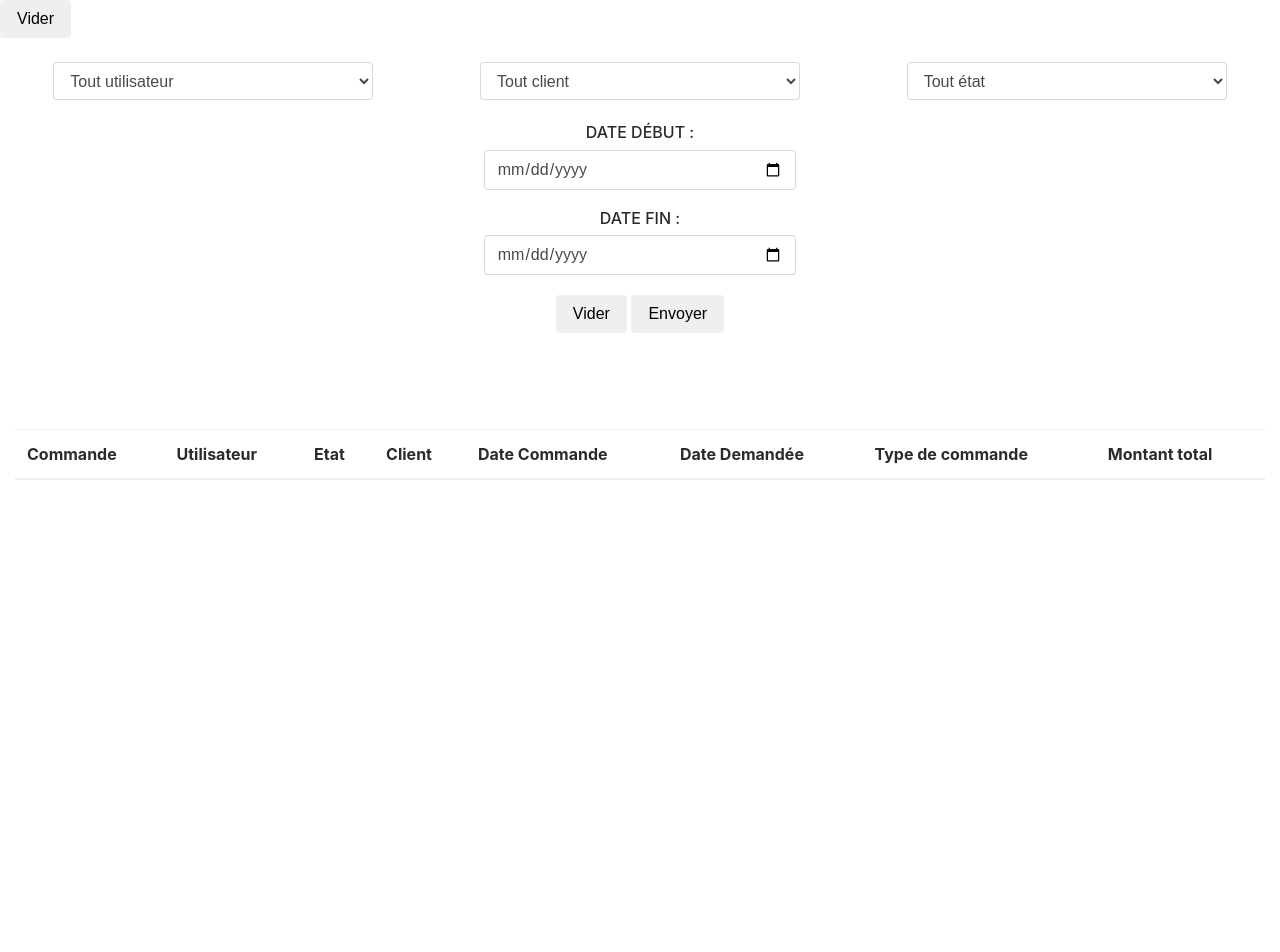
Repository: vmele/Cote
Page: http://localhost/PPE4_VMELE/reporting.jsp
These files come from the project's save history. The page is drawn as it stood at one moment and after the next save; the edit follows.
The browser window is 1280 px wide. The pictures show the whole page.
Some web libraries are served in a nearby version. The page is served by Tomcat 9. Other server files are loaded and not shown. Queries for data that is not in the repository find no rows.

Above is the page before, as saved 2017-06-06 12:20:55.
Console error (its wording comes from the project's code and is left out).

### Workspace/PPE4_VMELE/WebContent/reporting.jsp
<%@ page language="java" contentType="text/html; charset=UTF-8"
	pageEncoding="UTF-8"%>
<!DOCTYPE html>
<html>
<head>


<link rel="stylesheet"
	href="//code.jquery.com/ui/1.12.1/themes/base/jquery-ui.css">
<link rel="stylesheet" href="css/style.css">
<link rel="stylesheet"
	href="https://maxcdn.bootstrapcdn.com/bootstrap/4.0.0-alpha.6/css/bootstrap.min.css"
	integrity="sha384-rwoIResjU2yc3z8GV/NPeZWAv56rSmLldC3R/AZzGRnGxQQKnKkoFVhFQhNUwEyJ"
	crossorigin="anonymous">
<script src="https://code.jquery.com/jquery-1.12.4.js"></script>
<script src="https://code.jquery.com/ui/1.12.1/jquery-ui.js"></script>
<!-- <script
	src="https://cdn.datatables.net/1.10.15/js/jquery.dataTables.min.js"></script> -->
<script type="text/javascript" src="js/reporting.js"></script>
<script
	src="https://cdnjs.cloudflare.com/ajax/libs/Chart.js/2.5.0/Chart.min.js"></script>
<script
	src="https://maxcdn.bootstrapcdn.com/bootstrap/4.0.0-alpha.6/js/bootstrap.min.js"
	integrity="sha384-vBWWzlZJ8ea9aCX4pEW3rVHjgjt7zpkNpZk+02D9phzyeVkE+jo0ieGizqPLForn"
	crossorigin="anonymous"></script>



<meta http-equiv="Content-Type" content="text/html; charset=UTF-8">
<title>Reporting</title>

			<button id="searchListe" onclick="viderInfos()" type="button"
				class="btn">Vider</button>

</head>
<body>

	<div class="container-fluid">
		<br>
		<div class="selecteur">
			<div class="row">
				<select id="searchUtilisateur" class="form-control col-md-3"
					name="searchUtilisateur">
				</select> <select id="searchClient" class="form-control col-md-3"
					name="searchClient">
				</select> <select id="searchEtat" class="form-control col-md-3"
					name="searchEtat">
				</select>
			</div>
			<br>
			<h6>Date début :</h6>
			<div class="search-container">
				<div class="ui-widget">
					<input type="date" id="dateDebut" name="dateDebut"
						class="search form-control col-md-3" />
				</div>
			</div>

			<h6>Date fin :</h6>
			<div class="search-container">
				<div class="ui-widget">
					<input type="date" id="dateFin" name="dateFin"
						class="search form-control col-md-3" />
				</div>
			</div>
		</div>

		<div class="col-md-12  text-center">
			<button id="searchListe" onclick="viderInfos()" type="button"
				class="btn">Vider</button>
			<button id="searchListe" onclick="sendInfos()" type="button"
				class="btn">Envoyer</button>
		</div>
		<br> <br> <br>


		<script type="text/javascript">
			var barChart = null;

			function sendInfos() {

				var table = document.getElementById("dataTable");

				$('#dataTable tbody').empty();

				if (barChart != null) {
					barChart.destroy();
				}

				var utilisateur = document.getElementById('searchUtilisateur');
				var utilisateurValue = utilisateur.value;

				var client = document.getElementById('searchClient');
				var clientValue = client.value;

				var etat = document.getElementById('searchEtat');
				var etatValue = etat.value;

				var dateDebut = document.getElementById('dateDebut');
				var dateDebutValue = dateDebut.value;

				var dateFin = document.getElementById('dateFin');
				var dateFinValue = dateFin.value;

				console.log("idUtilisateur : " + utilisateurValue
						+ " /n idClient : " + clientValue + " /n Début : "
						+ dateDebutValue + " /n Fin : " + dateFinValue);

				$.ajax({
					url : 'RechercheListe',
					method : 'POST',
					data : 'utilisateur=' + utilisateurValue + '&client='
							+ clientValue + '&etat=' + etatValue + '&debut='
							+ dateDebutValue + '&fin=' + dateFinValue,
					success : function(result) {

						var refCommande = [];
						var utilisateur = [];
						var dateCommande = [];
						var dateDemandee = [];
						var typeCommande = [];
						var moyenContact = [];
						var etatCommande = [];
						var client = [];
						var total = [];

						$.each(result, function(key, value) {

							refCommande.push(value['refCommande']);
							utilisateur.push(value['utilisateur']);
							dateCommande.push(value['dateCommande']);
							dateDemandee.push(value['dateDemandee']);
							typeCommande.push(value['type']);
							moyenContact.push(value['moyenContact']);
							etatCommande.push(value['etatCommande']);
							client.push(value['client']);
							total.push(value['montant']);

						});

						var t = "";
						for (var i = 0; i < refCommande.length; i++) {
							var tr = "<tr>";
							tr += "<td>" + refCommande[i] + "</td>";
							tr += "<td>" + utilisateur[i].prenom + " "
									+ utilisateur[i].nom + "</td>";
							tr += "<td>" + etatCommande[i].libelle + "</td>";
							tr += "<td>" + client[i].raisonSociale + "</td>";
							tr += "<td>" + dateCommande[i] + "</td>";
							tr += "<td>" + dateDemandee[i] + "</td>";
							tr += "<td>" + typeCommande[i].libelle + "</td>";
							tr += "<td>" + total[i] + "€" + "</td>";
							tr += "</tr>";
							t += tr;
						}

						document.getElementById("dataTable").innerHTML += t;
					}
				});
				$.ajax({
					url : 'RechercheChart',
					method : 'POST',
					data : 'utilisateur=' + utilisateurValue + '&client='
							+ clientValue + '&etat=' + etatValue + '&debut='
							+ dateDebutValue + '&fin=' + dateFinValue,
					success : function(result) {
						console.log(result);

						var nom = [];
						var prenom = [];
						var montant = [];

						$.each(result, function(key, value) {
							nom.push(value['nom']);
							prenom.push(value['prenom']);
							montant.push(value['montant']);
						});

						for (var i = 0; i < utilisateur.length; i++) {
							console.log("Liste des utilisateurs : ");
							console.log(nom[i] + " " + prenom[i] + " || "
									+ montant[i]);
						}

						// Bar chart
						barChart = new Chart(document
								.getElementById("bar-chart"), {
							type : 'bar',
							data : {

								labels : nom,
								datasets : [ {
									label : "Recette (€)",
									backgroundColor : [ "#3e95cd", "#8e5ea2",
											"#3cba9f", "#e8c3b9", "#c45850" ],
									data : montant
								} ]
							},
							options : {
								legend : {
									display : false
								},
								title : {
									display : true,
									text : 'Montant des commandes.'
								},
								scales : {
									yAxes : [ {
										ticks : {
											beginAtZero : true
										}
									} ]
								}
							}
						});
					}
				});
			}

			function viderInfos(){

				document.getElementById('searchClient').value = 0;
				document.getElementById('searchUtilisateur').value = 0;
				document.getElementById('searchEtat').value = 0;
				document.getElementById('dateDebut').value = "";
				document.getElementById('dateFin').value = "";

				var table = document.getElementById("dataTable");

				$('#dataTable tbody').empty();

				if (barChart != null) {
					barChart.destroy();
				}
			}
		</script>

		<br>
		<div class="table-responsive">
			<table id="dataTable" cellspacing="0" width="100%"
				class="table table-striped">
				<thead>
					<tr>
						<th>Commande</th>
						<th>Utilisateur</th>
						<th>Etat</th>
						<th>Client</th>
						<th>Date Commande</th>
						<th>Date Demandée</th>
						<th>Type de commande</th>
						<th>Montant total</th>
					</tr>
				</thead>
				<tbody>
					<div>
				</tbody>
			</table>
		</div>
		<canvas id="bar-chart" width="1000" height="450"></canvas>


	</div>

</body>
</html>

### Workspace/PPE4_VMELE/WebContent/css/style.css
@import url('https://fonts.googleapis.com/css?family=Open+Sans');

h6 {
	font-family: 'Open Sans', sans-serif;
	text-transform : uppercase;
	font-size : 8px;
	text-align : center;
}

.selecteur select {

	margin-right : auto;
	margin-left : auto;
}
.selecteur input {

	margin-right : auto;
	margin-left : auto;
	margin-bottom : 20px;
}

.selecteur btn {
	text-align : center;
	margin-right : auto;
	margin-left : auto
}

btn  {
	display: block;
  margin : auto;
}

.table-responsive {
    max-height:300px;
}

.loginCenter {
	text-align : center;
}

.wrapper {
	margin-top: 80px;
	margin-bottom: 20px;
}

.form-signin {
  max-width: 420px;
  padding: 30px 38px 66px;
  margin: 0 auto;
  background-color: #eee;
  border: 3px dotted rgba(0,0,0,0.1);
  }

.form-signin-heading {
  text-align:center;
  margin-bottom: 30px;
}

.form-control {
  position: relative;
  font-size: 16px;
  height: auto;
  padding: 10px;
}

input[type="text"] {
  margin-bottom: 0px;
  border-bottom-left-radius: 0;
  border-bottom-right-radius: 0;
}

input[type="password"] {
  margin-bottom: 20px;
  border-top-left-radius: 0;
  border-top-right-radius: 0;
}

.colorgraph {
  height: 7px;
  border-top: 0;
  background: #c4e17f;
  border-radius: 5px;
  background-image: -webkit-linear-gradient(left, #c4e17f, #c4e17f 12.5%, #f7fdca 12.5%, #f7fdca 25%, #fecf71 25%, #fecf71 37.5%, #f0776c 37.5%, #f0776c 50%, #db9dbe 50%, #db9dbe 62.5%, #c49cde 62.5%, #c49cde 75%, #669ae1 75%, #669ae1 87.5%, #62c2e4 87.5%, #62c2e4);
  background-image: -moz-linear-gradient(left, #c4e17f, #c4e17f 12.5%, #f7fdca 12.5%, #f7fdca 25%, #fecf71 25%, #fecf71 37.5%, #f0776c 37.5%, #f0776c 50%, #db9dbe 50%, #db9dbe 62.5%, #c49cde 62.5%, #c49cde 75%, #669ae1 75%, #669ae1 87.5%, #62c2e4 87.5%, #62c2e4);
  background-image: -o-linear-gradient(left, #c4e17f, #c4e17f 12.5%, #f7fdca 12.5%, #f7fdca 25%, #fecf71 25%, #fecf71 37.5%, #f0776c 37.5%, #f0776c 50%, #db9dbe 50%, #db9dbe 62.5%, #c49cde 62.5%, #c49cde 75%, #669ae1 75%, #669ae1 87.5%, #62c2e4 87.5%, #62c2e4);
  background-image: linear-gradient(to right, #c4e17f, #c4e17f 12.5%, #f7fdca 12.5%, #f7fdca 25%, #fecf71 25%, #fecf71 37.5%, #f0776c 37.5%, #f0776c 50%, #db9dbe 50%, #db9dbe 62.5%, #c49cde 62.5%, #c49cde 75%, #669ae1 75%, #669ae1 87.5%, #62c2e4 87.5%, #62c2e4);
}

### Workspace/PPE4_VMELE/src/servlet/RechercheClient.java
package servlet;

import java.io.IOException;
import java.util.ArrayList;
import java.util.List;

import javax.servlet.ServletException;
import javax.servlet.annotation.WebServlet;
import javax.servlet.http.HttpServlet;
import javax.servlet.http.HttpServletRequest;
import javax.servlet.http.HttpServletResponse;

import com.google.gson.Gson;

import business.Client;
import service.ClientService;
import service.impl.ClientServiceImpl;

/**
 * Servlet implementation class RechercheClient
 */
public class RechercheClient extends HttpServlet {
	private static final long serialVersionUID = 1L;

	private ClientService clientServiceImpl;
	List<Client> listeClients = new ArrayList<>();

	/**
	 * @throws Exception
	 * @see HttpServlet#HttpServlet()
	 */
	public RechercheClient() throws Exception {
		clientServiceImpl = new ClientServiceImpl();
	}

	/**
	 * @see HttpServlet#doGet(HttpServletRequest request, HttpServletResponse
	 *      response)
	 */
	protected void doGet(HttpServletRequest request, HttpServletResponse response)
			throws ServletException, IOException {

		System.out.println("Passe par le DoPost /RechercheClientServet");

		response.setContentType("application/json");

		try {

			List<Client> listeClients = clientServiceImpl.recupererListeClients();

			String json = new Gson().toJson(listeClients);
			response.getWriter().write(json);

		} catch (Exception e) {
			System.err.println(e.getMessage());
		}
	}

	/**
	 * @see HttpServlet#doPost(HttpServletRequest request, HttpServletResponse
	 *      response)
	 */
	protected void doPost(HttpServletRequest request, HttpServletResponse response)
			throws ServletException, IOException {
		doGet(request, response);
	}

}

### Workspace/PPE4_VMELE/src/service/impl/ClientServiceImpl.java
package service.impl;

import java.util.ArrayList;
import java.util.List;

import business.Client;
import business.Utilisateur;
import dao.ClientDao;
import dao.impl.ClientDaoImpl;
import service.ClientService;

public class ClientServiceImpl implements ClientService {

	private ClientDao ClientDaoImpl;

	public ClientServiceImpl() throws Exception
	{
		super();
	//	System.out.println("Constructeur ClientServiceImpl");
		this.ClientDaoImpl = new ClientDaoImpl();
	}

	@Override
	public Client recupererClientParID(int idClient)
	{
		Client Client;

		Client = ClientDaoImpl.findClientById(idClient);

		return Client;
	}

	@Override
	public List<Client> recupererListeClients()
	{
		List<Client> listeClients = new ArrayList<Client>();

		listeClients = ClientDaoImpl.findAllClients();

		return listeClients;
	}

	@Override
	public List<Client> recupererClientParRS(String raisonSociale)
	{
		List<Client> listeClients = new ArrayList<Client>();

		listeClients = ClientDaoImpl.findClientByRS(raisonSociale);

		return listeClients;
	}

}

### Workspace/PPE4_VMELE/src/dao/ClientDao.java
package dao;

import java.util.List;

import business.Client;

public interface ClientDao {

	/**
	 * Permet de récupérer un objet Utilisateur en fonction de son ID
	 *
	 * @param idUtilisateur
	 *            ID de l'utilisateur
	 * @return L'objet Utilisateur
	 */
	public Client findClientById(int idClient);

	/**
	 * Permet de récupérer la liste des utilisateurs
	 *
	 * @return Liste des utilisateurs
	 */
	public List<Client> findAllClients();

	public List<Client> findClientByRS(String raisonSociale);
}

### Workspace/PPE4_VMELE/src/dao/ConnexionBDD.java
package dao;

import java.sql.Connection;
import java.sql.DriverManager;
import java.sql.PreparedStatement;
import java.sql.ResultSet;
import java.sql.SQLException;
import java.sql.Statement;

/**
 * Commentaire OK
 * @author mathieu
 *
 */
public class ConnexionBDD
{

	/**
	 * Déclaration des constantes de ConnexionBDD
	 */
	private static final String URL = "jdbc:postgresql://localhost:5432/e4_vmele";
	private static final String UTILISATEUR = "postgres";
	private static final String MOT_DE_PASSE = "postgres";
	private static Connection connexion;
	/*private static Statement statement;*/

	/**
	 * Accesseur de la connexion
	 * @return
	 */
	public static Connection getConnection()
	{

		if (connexion == null)
		{

			try
			{
				Class.forName("org.postgresql.Driver");
			}
			catch (ClassNotFoundException e1)
			{
				// TODO Auto-generated catch block
				e1.printStackTrace();
			}

			try
			{
				connexion = DriverManager.getConnection(URL, UTILISATEUR, MOT_DE_PASSE);

			}
			catch (SQLException e)
			{

				e.printStackTrace();

			}

		}

		return connexion;

	}

	/**
	 * Close la connexion
	 * @param statement
	 * @param preparedStatement
	 * @param resultat
	 */
	public static void close(Statement statement, PreparedStatement preparedStatement, ResultSet resultat)
	{
		if (resultat != null)
		{
			try
			{
				resultat.close();
			}
			catch (SQLException ignore)
			{

			}
		}

		if (preparedStatement != null)
		{
			try
			{
				preparedStatement.close();
			}
			catch (SQLException ignore)
			{

			}
		}

		if (statement != null)
		{
			try
			{
				statement.close();
			}
			catch (SQLException ignore)
			{

			}
		}
	}


	/**
	 * Close la co
	 * @param preparedStatement
	 * @param resultat
	 */
	public static void close(PreparedStatement preparedStatement, ResultSet resultat)
	{
		close(null, preparedStatement, resultat);
	}
}

### Workspace/PPE4_VMELE/src/servlet/RechercheUtilisateur.java
package servlet;

import java.io.IOException;
import java.util.ArrayList;
import java.util.HashMap;
import java.util.List;

import javax.servlet.ServletException;
import javax.servlet.http.HttpServlet;
import javax.servlet.http.HttpServletRequest;
import javax.servlet.http.HttpServletResponse;

import com.fasterxml.jackson.core.JsonEncoding;
import com.fasterxml.jackson.core.JsonProcessingException;
import com.fasterxml.jackson.databind.ObjectMapper;
import com.google.gson.Gson;
import com.google.gson.JsonObject;

import business.Client;
import business.Utilisateur;
import service.UtilisateurService;
import service.impl.UtilisateurServiceImpl;

/**
 * Servlet implementation class RechercheUtilisateur
 */
public class RechercheUtilisateur extends HttpServlet {
	private static final long serialVersionUID = 1L;

	private UtilisateurService utilisateurServiceImpl;
	List<Utilisateur> listeUtilisateurs = new ArrayList<>();

	public RechercheUtilisateur() throws Exception {
		utilisateurServiceImpl = new UtilisateurServiceImpl();
	}

	/**
	 * @see HttpServlet#doGet(HttpServletRequest request, HttpServletResponse
	 *      response)
	 */
	protected void doGet(HttpServletRequest request, HttpServletResponse response)
			throws ServletException, IOException {
		System.out.println("Passe par le DoPost /RechercheUtilisateurServet");

		response.setContentType("application/json");

		try {

			List<Utilisateur> listeUtilisateurs = utilisateurServiceImpl.recupererListeUtilisateurs();
			String json = new Gson().toJson(listeUtilisateurs);
			response.getWriter().write(json);

		} catch (Exception e) {
			System.err.println(e.getMessage());
		}

	}

	/**
	 * @see HttpServlet#doPost(HttpServletRequest request, HttpServletResponse
	 *      response)
	 */
	protected void doPost(HttpServletRequest request, HttpServletResponse response)
			throws ServletException, IOException {
		doGet(request, response);

	}
}



//System.out.println("Passe par le DoPost /RechercheClientServet");
//
//response.setContentType("application/json");
//
//try {
//	String raisonSociale = request.getParameter("client");
//
//	List<Client> listeClients = clientServiceImpl.recupererClientParRS(raisonSociale);
//
//	String json = new Gson().toJson(listeClients);
//	response.getWriter().write(json);
//
//} catch (Exception e) {
//	System.err.println(e.getMessage());
//}

### Workspace/PPE4_VMELE/src/service/impl/UtilisateurServiceImpl.java
package service.impl;

import java.util.ArrayList;
import java.util.List;

import business.Utilisateur;
import dao.UtilisateurDao;
import dao.impl.UtilisateurDaoImpl;
import service.UtilisateurService;

public class UtilisateurServiceImpl implements UtilisateurService {

	private UtilisateurDao utilisateurDaoImpl;

	public UtilisateurServiceImpl() throws Exception
	{
		super();
	//	System.out.println("Constructeur UtilisateurServiceImpl");

		this.utilisateurDaoImpl = new UtilisateurDaoImpl();
	}

	@Override
	public Utilisateur recupererUtilisateurParID(int idUtilisateur)
	{
		Utilisateur utilisateur;

		utilisateur = utilisateurDaoImpl.findUtilisateurById(idUtilisateur);

		return utilisateur;
	}

	@Override
	public List<Utilisateur> recupererListeUtilisateurs()
	{

		List<Utilisateur> listeUtilisateurs = new ArrayList<Utilisateur>();

		listeUtilisateurs = utilisateurDaoImpl.findAllUtilisateurs();

		return listeUtilisateurs;
	}

	@Override
	public List<Utilisateur> recupererUtilisateursParPrenom(String prenomUtilisateur)
	{

		List<Utilisateur> listeUtilisateurs = new ArrayList<Utilisateur>();

		listeUtilisateurs = utilisateurDaoImpl.findUtilisateursByName(prenomUtilisateur);

		return listeUtilisateurs;
	}

	@Override
	public List<Utilisateur> recupererUtilisateursMontantParFiltre(String filtre)
	{

		List<Utilisateur> listeUtilisateurs = new ArrayList<Utilisateur>();

		listeUtilisateurs = utilisateurDaoImpl.findUtilisateurByFilter(filtre);

		return listeUtilisateurs;
	}
}

### Workspace/PPE4_VMELE/src/dao/UtilisateurDao.java
package dao;

import java.util.List;

import business.Utilisateur;

public interface UtilisateurDao {

	/**
	 * Permet de récupérer un objet Utilisateur en fonction de son ID
	 *
	 * @param idUtilisateur
	 *            ID de l'utilisateur
	 * @return L'objet Utilisateur
	 */
	public Utilisateur findUtilisateurById(int idUtilisateur);

	/**
	 * Permet de récupérer la liste des utilisateurs
	 *
	 * @return Liste des utilisateurs
	 */
	public List<Utilisateur> findAllUtilisateurs();


	public List<Utilisateur> findUtilisateursByName(String prenomUtilisateur);

	public List<Utilisateur> findUtilisateurByFilter(String filter);

}

### Workspace/PPE4_VMELE/src/servlet/RechercheEtatCommande.java
package servlet;

import java.io.IOException;
import java.util.ArrayList;
import java.util.List;

import javax.servlet.ServletException;
import javax.servlet.http.HttpServlet;
import javax.servlet.http.HttpServletRequest;
import javax.servlet.http.HttpServletResponse;

import com.google.gson.Gson;

import business.EtatCommande;
import service.impl.EtatCommandeServiceImpl;

/**
 * Servlet implementation class RechercheEtatCommande
 */
public class RechercheEtatCommande extends HttpServlet {
	private static final long serialVersionUID = 1L;

	private EtatCommandeServiceImpl etatCommandeServiceImpl;
	List<EtatCommande> listeEtatCommandes = new ArrayList<>();

    /**
     * @throws Exception
     * @see HttpServlet#HttpServlet()
     */
    public RechercheEtatCommande() throws Exception {
    	etatCommandeServiceImpl = new EtatCommandeServiceImpl();
    }

	/**
	 * @see HttpServlet#doGet(HttpServletRequest request, HttpServletResponse response)
	 */
	protected void doGet(HttpServletRequest request, HttpServletResponse response) throws ServletException, IOException {

		System.out.println("Passe par le DoGet /RechercheEtatCommandeServet");

		response.setContentType("application/json");

		try {

			List<EtatCommande> listeEtatsCommande = etatCommandeServiceImpl.recupererListeEtatCommandes();
			System.out.println("Liste des Etat" + listeEtatsCommande);

			String json = new Gson().toJson(listeEtatsCommande);
			response.getWriter().write(json);

		} catch (Exception e) {
			System.err.println(e.getMessage());
		}
	}

	/**
	 * @see HttpServlet#doPost(HttpServletRequest request, HttpServletResponse response)
	 */
	protected void doPost(HttpServletRequest request, HttpServletResponse response) throws ServletException, IOException {
		// TODO Auto-generated method stub
		doGet(request, response);
	}

}

### Workspace/PPE4_VMELE/src/dao/EtatCommandeDao.java
package dao;

import java.util.List;

import business.EtatCommande;

public interface EtatCommandeDao {
	/**
	 * Permet de récupérer un objet Utilisateur en fonction de son ID
	 *
	 * @param idUtilisateur
	 *            ID de l'utilisateur
	 * @return L'objet Utilisateur
	 */
	public EtatCommande findEtatCommandeById(int idEtatCommande);

	/**
	 * Permet de récupérer la liste des utilisateurs
	 *
	 * @return Liste des utilisateurs
	 */
	public List<EtatCommande> findAllEtatCommandes();
}

Loaded but not shown: Workspace/PPE4_VMELE/WebContent/js/reporting.js (81 lines, source omitted); Workspace/PPE4_VMELE/src/dao/impl/UtilisateurDaoImpl.java (208 lines, source omitted); Workspace/PPE4_VMELE/src/dao/impl/ClientDaoImpl.java (129 lines, source omitted); Workspace/PPE4_VMELE/src/dao/impl/EtatCommandeDaoImpl.java (95 lines, source omitted)

After the next save:
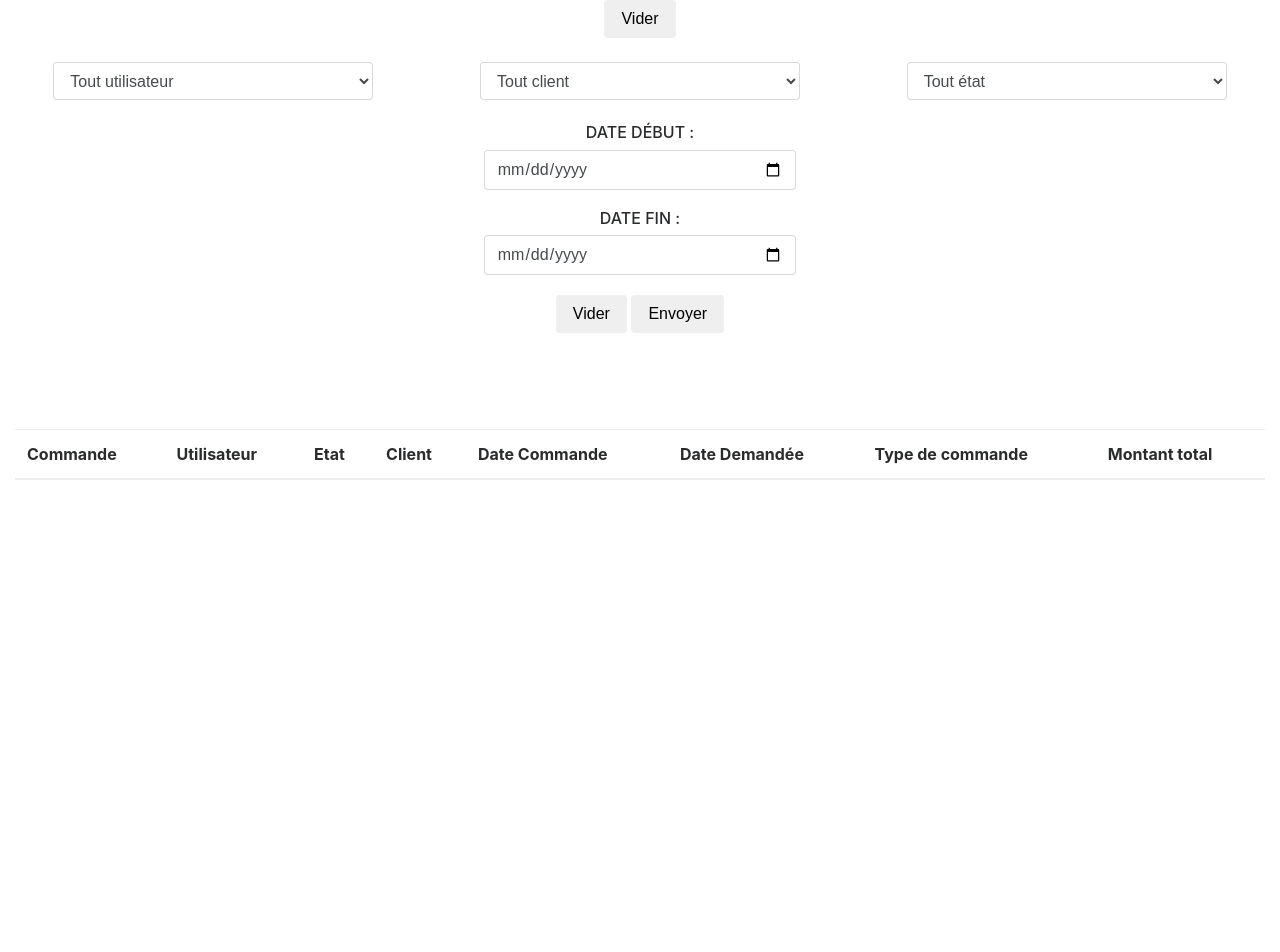
Saved 24 s later.
--- a/Workspace/PPE4_VMELE/WebContent/reporting.jsp
+++ b/Workspace/PPE4_VMELE/WebContent/reporting.jsp
@@ -29,13 +29,18 @@
 <meta http-equiv="Content-Type" content="text/html; charset=UTF-8">
 <title>Reporting</title>
 
+
+</head>
+<body>
+
+	<div class="container-fluid">
+
+		<div class="col-md-12  text-center">
 			<button id="searchListe" onclick="viderInfos()" type="button"
 				class="btn">Vider</button>
 
-</head>
-<body>
-
-	<div class="container-fluid">
+		</div>
+
 		<br>
 		<div class="selecteur">
 			<div class="row">
